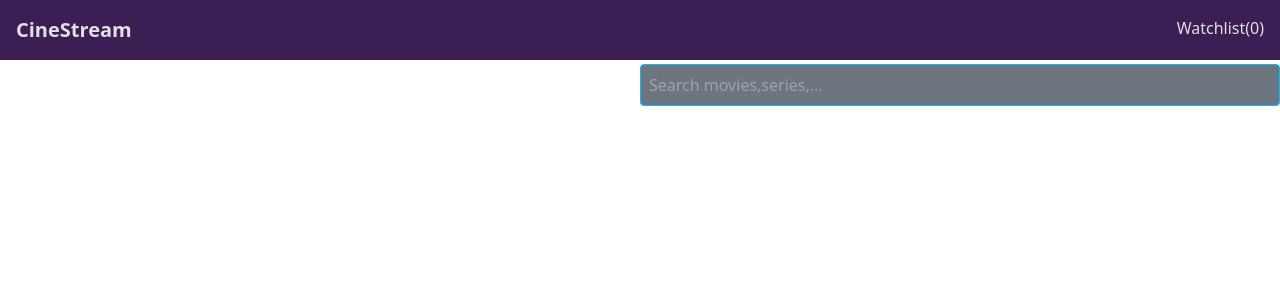
Repository: Reshmashameem31/Cine-Stream
Page: / (app in movie-project/)
These files come from the project's save history. The page is drawn as it stood at one moment and after a run of saves; the edit follows.
The browser window is 1280 px wide. The pictures show the whole page.
The project was rebuilt for these pictures with package versions that can differ from the ones it lists, and the page was loaded fresh each time. Also part of the build but not shown: movie-project/vite.config.js, movie-project/src/pages/WatchList.jsx.

Above is the page before, as saved 2025-08-15 16:17:27.

### movie-project/src/App.jsx
import {BrowserRouter,Routes,Route} from 'react-router-dom'

import { useState } from 'react'
import Navbar from './pages/Navbar'
import Watchlist from './pages/WatchList'
import Home from './pages/Home'
function App() {
  const [count, setCount] = useState(0)

  return (
    <BrowserRouter>

    <Navbar/>
    <Routes>
      <Route path='/' element={<Home/>}></Route>
        <Route path='/watchlist' element={<Watchlist/>}></Route>
    </Routes>
    </BrowserRouter>
  )
}

export default App

### movie-project/src/pages/Navbar.jsx
import React from 'react'
import { Link } from 'react-router-dom'

const Navbar = () => {
  return (
    <nav className='p-4 bg-[#3B1E54] text-[#E0E0E0]  flex justify-between fixed w-full top-0'>
      <Link to="/" className='font-bold text-xl hover:text-[#00E5FF] '>CineStream</Link>
      <Link to="/watchlist" className='text-l hover:text-[#00E5FF]'>Watchlist(0)</Link>
    </nav>
  )
}

export default Navbar

### movie-project/src/pages/Home.jsx
import React from 'react'

const Home = () => {
  return (
    <div className='p-4 pt-16'>
        <input type='text' placeholder='Search movies,series,...'
         className=' flex justify-center p-2 w-3/4 md:w-1/2 border rounded border-[#00BFFF]
          bg-[#0D1B2A] bg-opacity-60 backdrop-blur-md text-white fixed  left-1/2 tran top-16' />
        <div className='movies-container'></div>
        <div className='pagination-container'></div>

    </div>
  )
}

export default Home

Loaded but not shown: movie-project/index.html (common file); movie-project/src/main.jsx (common file); movie-project/src/index.css (common file); movie-project/tailwind.config.js (common file)

After the next 3 saves:
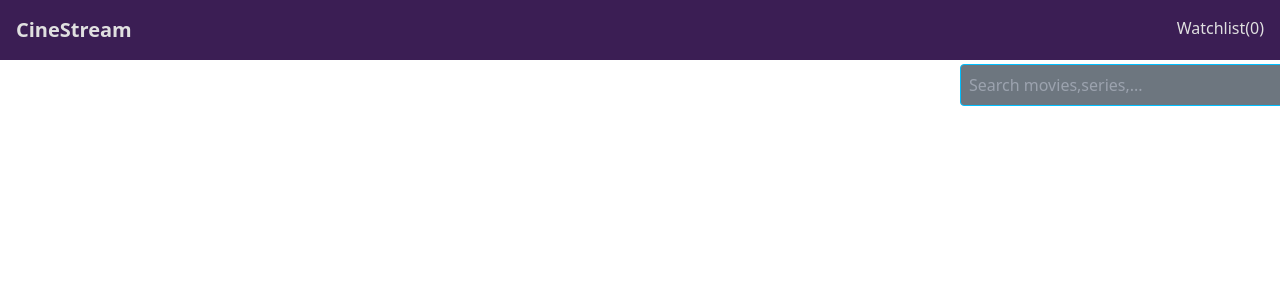
The 3 saves are shown as one change because they came seconds apart.
The last was saved 9 s later.
--- a/movie-project/src/pages/Home.jsx
+++ b/movie-project/src/pages/Home.jsx
@@ -5,7 +5,7 @@
     <div className='p-4 pt-16'>
         <input type='text' placeholder='Search movies,series,...'
          className=' flex justify-center p-2 w-3/4 md:w-1/2 border rounded border-[#00BFFF]
-          bg-[#0D1B2A] bg-opacity-60 backdrop-blur-md text-white fixed  left-1/2 tran top-16' />
+          bg-[#0D1B2A] bg-opacity-60 backdrop-blur-md text-white fixed  left-1/2 translate-x-1/2 top-16' />
         <div className='movies-container'></div>
         <div className='pagination-container'></div>
 

After the save that followed:
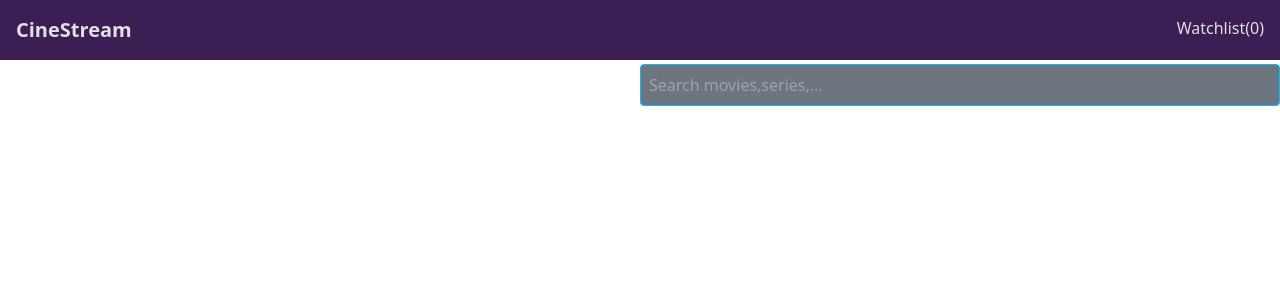
Saved 49 s later.
--- a/movie-project/src/pages/Home.jsx
+++ b/movie-project/src/pages/Home.jsx
@@ -5,7 +5,7 @@
     <div className='p-4 pt-16'>
         <input type='text' placeholder='Search movies,series,...'
          className=' flex justify-center p-2 w-3/4 md:w-1/2 border rounded border-[#00BFFF]
-          bg-[#0D1B2A] bg-opacity-60 backdrop-blur-md text-white fixed  left-1/2 translate-x-1/2 top-16' />
+          bg-[#0D1B2A] bg-opacity-60 backdrop-blur-md text-white fixed  left-1/2 transform-translate-x-1/2 top-16' />
         <div className='movies-container'></div>
         <div className='pagination-container'></div>
 
